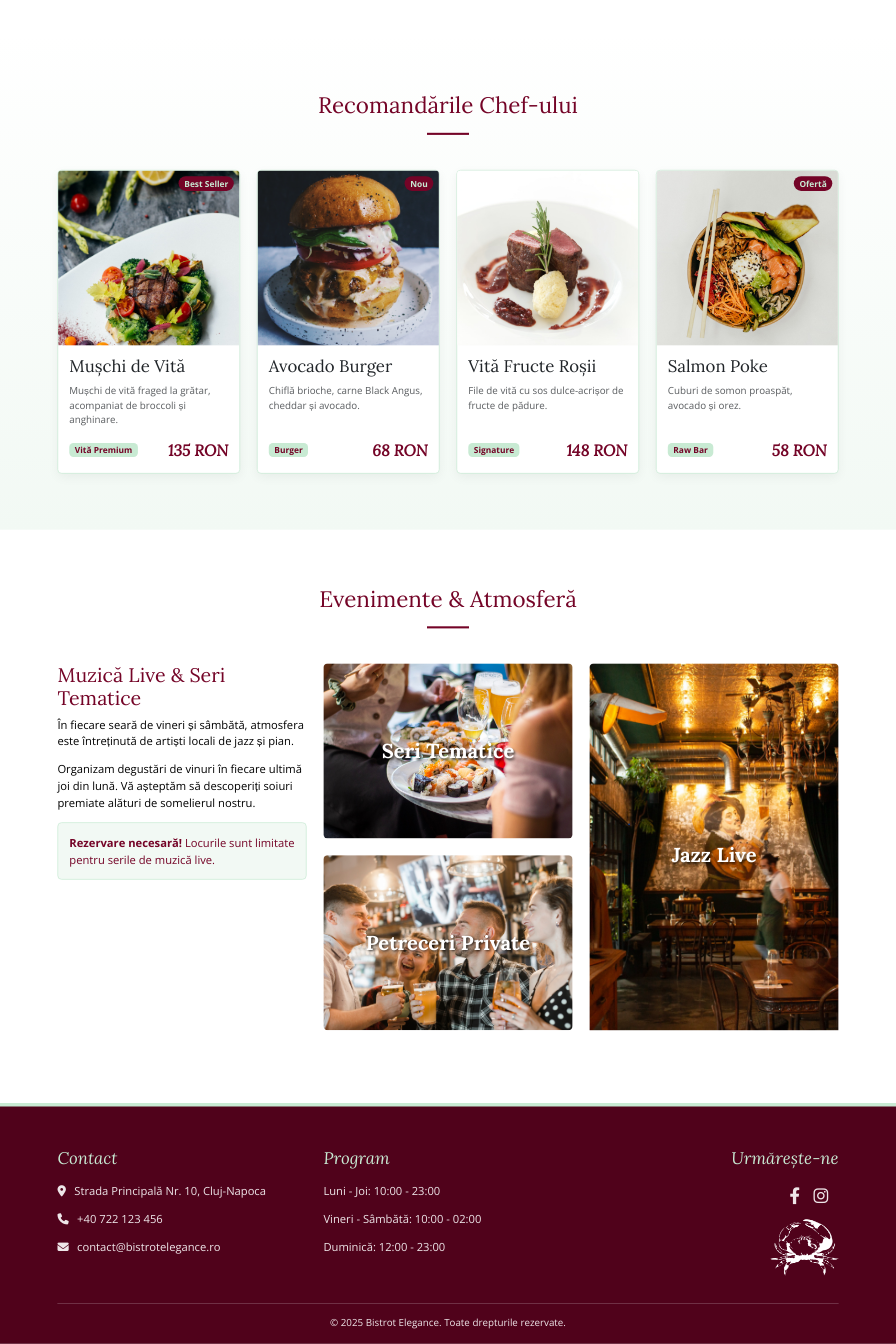
Repository: 912-Comsa-Teodora/bistrot-restaurant
Page: restaurant/index.html
These files come from the project's save history. The page is drawn as it stood at one moment and after the next save; the edit follows.
The browser window is 1280 px wide. The pictures show the part of the page from y = 1164 to 3084 px (the page is 3084 px tall before and 3082 px after), at 70% of full size.
A picture or video elsewhere on the page could not be fetched, so the positions and the page height are approximate.

Above is the page before, as saved 2026-01-18 17:01:30.

After the next save:
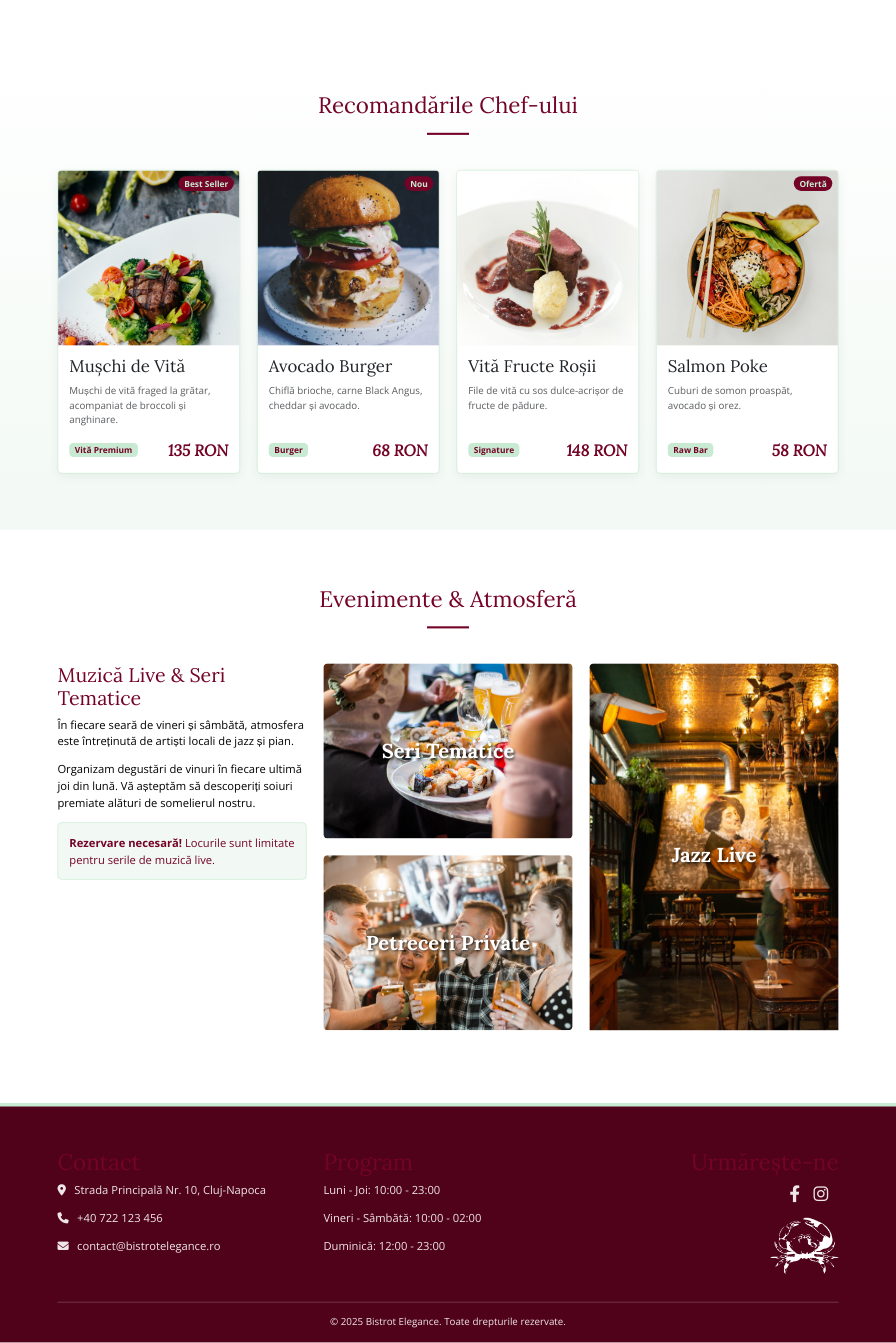
Saved 8 min 49 s later.
--- a/restaurant/index.html
+++ b/restaurant/index.html
@@ -336,7 +336,7 @@
                         <span class="position-absolute top-0 end-0 badge rounded-pill badge-custom-primary m-2">
                             Best Seller
                         </span>
-                        <img src="pictures/muschi-de-vita-cu-legume.jpg" class="card-img-top" alt="Vita">
+                        <img src="pictures/muschi-de-vita-cu-legume.jpg" class="card-img-top" alt="Muschi de vita fraged la gratar">
                         <div class="card-body d-flex flex-column">
                             <h4 class="card-title">Mușchi de Vită</h4>
                             <p class="card-text small text-muted">Mușchi de vită fraged la grătar, acompaniat de broccoli și anghinare.</p>
@@ -353,7 +353,7 @@
                          <span class="position-absolute top-0 end-0 badge rounded-pill badge-custom-primary m-2">
                             Nou
                         </span>
-                        <img src="pictures/avocado-gourmet-burger.jpg" class="card-img-top" alt="Burger">
+                        <img src="pictures/avocado-gourmet-burger.jpg" class="card-img-top" alt="Burger cu avocado cheddar si black angus">
                         <div class="card-body d-flex flex-column">
                             <h4 class="card-title">Avocado Burger</h4>
                             <p class="card-text small text-muted">Chiflă brioche, carne Black Angus, cheddar și avocado.</p>
@@ -367,7 +367,7 @@
 
                  <div class="col-md-6 col-lg-3">
                     <div class="card h-100">
-                        <img src="pictures/vita-cu-fructe-rosii.jpg" class="card-img-top" alt="Vita fructe rosii">
+                        <img src="pictures/vita-cu-fructe-rosii.jpg" class="card-img-top" alt="Vita cu sos de fructe rosii">
                         <div class="card-body d-flex flex-column">
                             <h4 class="card-title">Vită Fructe Roșii</h4>
                             <p class="card-text small text-muted">File de vită cu sos dulce-acrișor de fructe de pădure.</p>
@@ -384,7 +384,7 @@
                         <span class="position-absolute top-0 end-0 badge rounded-pill badge-custom-primary m-2">
                             Ofertă
                         </span>
-                        <img src="pictures/salmon-poke.jpg" class="card-img-top" alt="Poke">
+                        <img src="pictures/salmon-poke.jpg" class="card-img-top" alt="Cuburu de somon proaspăt">
                         <div class="card-body d-flex flex-column">
                             <h4 class="card-title">Salmon Poke</h4>
                             <p class="card-text small text-muted">Cuburi de somon proaspăt, avocado și orez.</p>
@@ -416,19 +416,19 @@
                 <div class="col-lg-4 col-md-6 mb-4">
 
                     <div class="event-wrapper mb-4">
-                        <img src="pictures/seara-tematica-sushi.jpg" class="img-fluid w-100 event-img-small" alt="Live">
+                        <img src="pictures/seara-tematica-sushi.jpg" class="img-fluid w-100 event-img-small" alt="Oameni care mananca intr o seara tematica cu specific asiatic.">
                         <div class="event-text-overlay">Seri Tematice</div>
                     </div>
 
                     <div class="event-wrapper">
-                        <img src="pictures/petrecere-privata.jpg" class="img-fluid w-100 event-img-small" alt="Vin">
+                        <img src="pictures/petrecere-privata.jpg" class="img-fluid w-100 event-img-small" alt="Petrecere privata la care oamenii se distreaza">
                         <div class="event-text-overlay">Petreceri Private</div>
                     </div>
                 </div>
 
                 <div class="col-lg-4 col-md-6">
                     <div class="event-wrapper h-100">
-                        <img src="pictures/seara-de-jazz.jpg" class="img-fluid w-100 event-img-large" alt="Party">
+                        <img src="pictures/seara-de-jazz.jpg" class="img-fluid w-100 event-img-large" alt="Restaurantul intr-o seara pregatit pentru jazz live">
                         <div class="event-text-overlay">Jazz Live</div>
                     </div>
                 </div>
@@ -442,7 +442,7 @@
             <div class="row">
                 <!-- Column 1: Contact -->
                 <div class="col-md-4 mb-4">
-                    <h4>Contact</h4>
+                    <h2>Contact</h2>
                     <p><i class="fas fa-map-marker-alt me-2"></i> Strada Principală Nr. 10, Cluj-Napoca</p>
                     <p><i class="fas fa-phone me-2"></i> +40 722 123 456</p>
                     <p><i class="fas fa-envelope me-2"></i> contact@bistrotelegance.ro</p>
@@ -450,7 +450,7 @@
 
                 <!-- Column 2: Program -->
                 <div class="col-md-4 mb-4">
-                    <h4>Program</h4>
+                    <h2>Program</h2>
                     <p>Luni - Joi: 10:00 - 23:00</p>
                     <p>Vineri - Sâmbătă: 10:00 - 02:00</p>
                     <p>Duminică: 12:00 - 23:00</p>
@@ -458,7 +458,7 @@
 
                 <!-- Column 3: Socials & Logo (Aligned Right) -->
                 <div class="col-md-4 mb-4 text-md-end text-start d-flex flex-column align-items-md-end align-items-start">
-                    <h4>Urmărește-ne</h4>
+                    <h2>Urmărește-ne</h2>
                     <div class="social-icons mb-3">
                         <a href="https://www.instagram.com/p/DTpjjSEiNyFa9zL6V36H__r-7ydWBVExPYOuuw0/?igsh=MWZ2dzEzcHJvdDZu" aria-label="Facebook"><i class="fab fa-facebook-f"></i></a>
                         <a href="https://www.instagram.com/bistrotelegance?igsh=MXN3Zzh1YTdrY3Y3cw%3D%3D&utm_source=qr" aria-label="Instagram"><i class="fab fa-instagram"></i></a>
